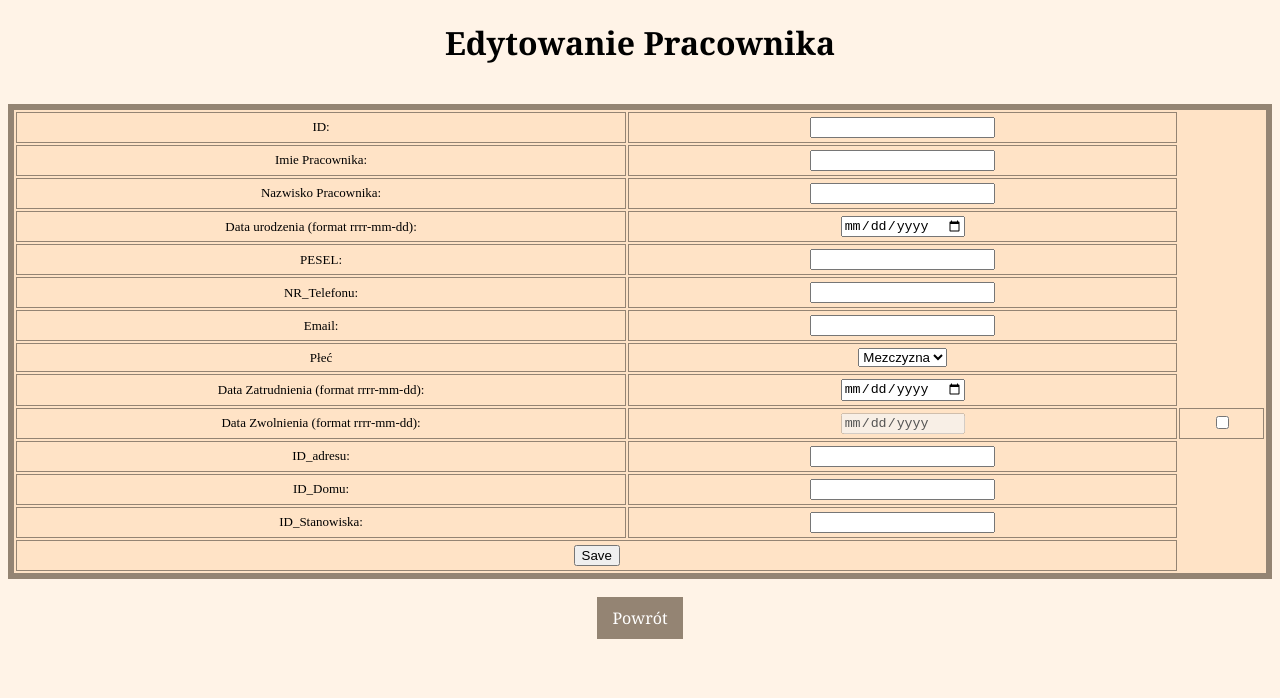
Repository: marcinRuta/houseOfCulture-crud-webapp-database
Page: http://localhost/new_pracownicy
These files come from the project's save history. The page is drawn as it stood at one moment and after the next save; the edit follows.
The browser window is 1280 px wide. The pictures show the whole page.
The page is this project's Thymeleaf template; nobody is signed in. The template is opened directly, without the code that normally fills it, so the values that code supplies are empty.

Above is the page before, as saved 2021-01-10 00:22:09.

### DomKultury/src/main/resources/templates/new_pracownicy.html
<!DOCTYPE html>
<html xmlns="http://www.w3.org/1999/xhtml"
	xmlns:th="http://www.thymeleaf.org">
<head>
<script>
	function Enabledch(ch)
	{
		var ddl=document.getElementById("Data");
		dd1.disabled=ch.checked ? false : true;

		if(!ddl.disabled)
		{

			ddl.focus()
		}

	}



</script>


<meta charset="UTF-8">
<link rel="stylesheet" href="../static/css/tabele.css" th:href="@{/css/tabele.css}" >
<title>Aplikacja do obsługi Domu Kultury</title>
</head>
<body>

	<div align="center">

		<!-- Page header -->
		<h1>Edytowanie Pracownika</h1>

		<!-- End line/new line -->

		<br/>

		<form action="#" th:action="@{/updateP}" th:object="${EditPracownicy}"
			method="post">

			<!-- Table -->
		<table class="cinereousTable">

				<tr>
					<td>ID:</td>
					<td><input type="text" th:field="*{ID_Pracownika}"
						readonly="readonly"></td>

				</tr>
				<tr>
					<td>Imie Pracownika:</td>
					<td><input type="text" th:field="*{Imie}"></td>
				</tr>

				<!-- Table 2nd row -->

				<tr>
					<td>Nazwisko Pracownika:</td>
					<td><input type="text" th:field="*{Nazwisko}"></td>
				</tr>

				<!-- Table 3rd row -->

				<tr>
					<td>Data urodzenia (format rrrr-mm-dd):</td>
					<td><input type="date" th:field="*{Data_urodzenia}"></td>
				</tr>

				<!-- Table 4th row -->

				<tr>
					<td>PESEL:</td>
					<td><input type="text" th:field="*{PESEL}"></td>
				</tr>

				<!-- Table 5th row -->

				<tr>
					<td>NR_Telefonu:</td>
					<td><input type="text" th:field="*{NR_Telefonu}"></td>
				</tr>

				<!-- Table 6th row -->

				<tr>
					<td>Email:</td>
					<td><input type="text" th:field="*{Email}"></td>
				</tr>

				<!-- Table 7th row -->

				<tr>
					<td>Płeć</td>
					<td><select th:field="*{Plec}">
							<option value="Mezczyzna">Mezczyzna</option>
							<option value="Kobieta">Kobieta</option>
					</select>
					</td>
				</tr>

				<!-- Table 8th row -->

				<tr>
					<td>Data Zatrudnienia (format rrrr-mm-dd):</td>
					<td><input type="date" th:field="*{Data_Zatrudnienia}"></td>
				</tr>

				<!-- Table 9th row -->

				<tr>
					<td>Data Zwolnienia (format rrrr-mm-dd):</td>
					<td><input id="Data" disabled="disabled" type="date" th:field="*{Data_Zwolnienia}"></td>
					<td><input type="checkbox" id="ch" onclick="Enabledch(this)"/></td>
				</tr>

				<!-- Table 10th row -->

				<tr>
					<td>ID_adresu:</td>
					<td><input type="text" th:field="*{ID_Adresu}"></td>
				</tr>

				<!-- Table 11th row -->

				<tr>
					<td>ID_Domu:</td>
					<td><input type="text" th:field="*{ID_Domu}"></td>
				</tr>

				<!-- Table 12th row -->

				<tr>
					<td>ID_Stanowiska:</td>
					<td><input type="text" th:field="*{ID_Stanowiska}"></td>
				</tr>

				<!--  Button for save -->
				<tr>
				<td colspan="2"><button type="submit">Save</button>
				</td>
				</tr>

			</table>
		</form>
			<br/>
				<!-- EXIT -->
				<a href="/P">Powrót</a>
	</div>

</body>
</html>

### DomKultury/src/main/resources/static/css/tabele.css

table.cinereousTable {
  border: 6px solid #948473;
  background-color: #FFE3C6;
  width: 100%;
  text-align: center;
}
table.cinereousTable td, table.cinereousTable th {
  border: 1px solid #948473;
  padding: 4px 4px;
}
table.cinereousTable tbody td {
  font-size: 13px;
}
table.cinereousTable thead {
  background: #948473;
  background: -moz-linear-gradient(top, #afa396 0%, #9e9081 66%, #948473 100%);
  background: -webkit-linear-gradient(top, #afa396 0%, #9e9081 66%, #948473 100%);
  background: linear-gradient(to bottom, #afa396 0%, #9e9081 66%, #948473 100%);
}
table.cinereousTable thead th {
  font-size: 17px;
  font-weight: bold;
  color: #F0F0F0;
  text-align: left;
  border-left: 2px solid #948473;
}
table.cinereousTable thead th:first-child {
  border-left: none;
}

table.cinereousTable tfoot td {
  font-size: 16px;
}

body {
  background-color: #FFF3E7;
}
h1 {
  color: black;
  font-family: Georgia, serif;
}
p {
  color: black;
}
a:link, a:visited {
  background-color: #948473;
  color: white;
  padding: 10px 15px;
  text-align: center;
  text-decoration: none;
  display: inline-block;
  font-family: Georgia, serif;
}

a:hover, a:active {
  background-color: 948473;
}
.button {
  background-color: #948473; /* Green */
  border: none;
  color: white;
  padding: 10px 14px;
  text-align: center;
  text-decoration: none;
  display: inline-block;
  font-size: 16px;
  font-family: Georgia, serif;
  transition-duration: 0.4s;
}

.button:hover {
 background-color: #3D362F ;
  border: none;
  color: white;
  padding: 10px 11px;
  text-align: center;
  text-decoration: none;
  display: inline-block;
  font-size: 16px;
  font-family: Georgia, serif;

}

After the next save:
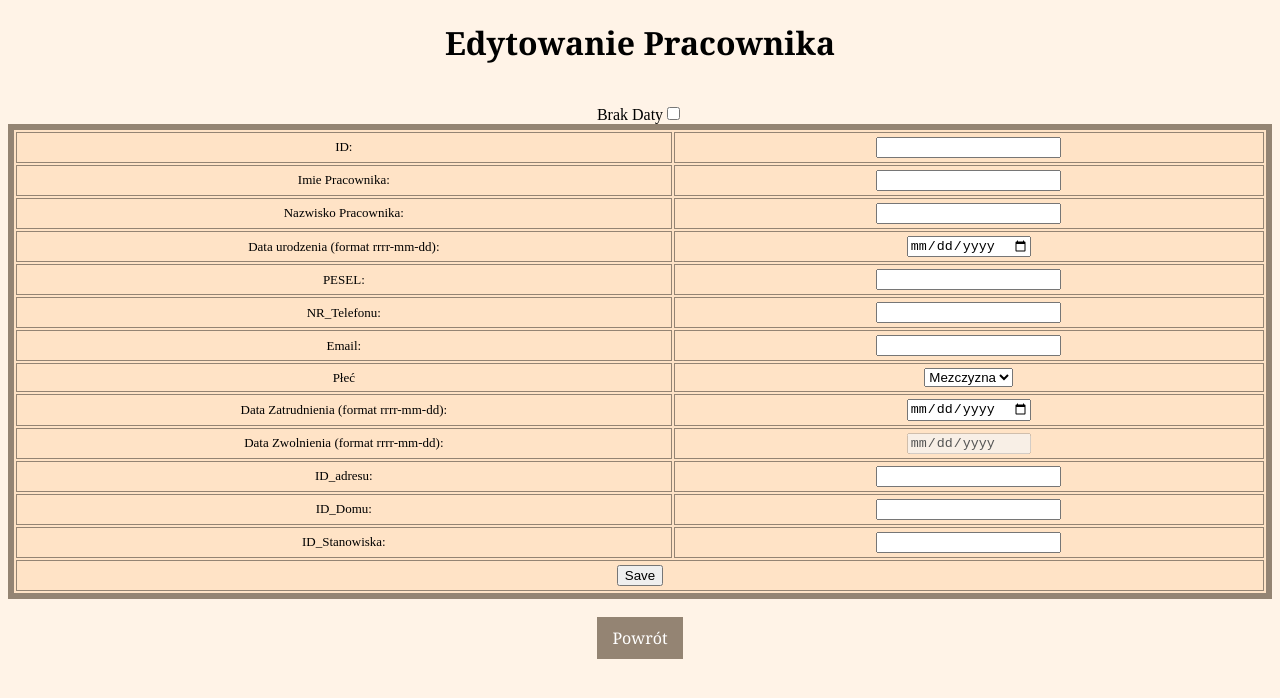
Saved 98 s later.
--- a/DomKultury/src/main/resources/templates/new_pracownicy.html
+++ b/DomKultury/src/main/resources/templates/new_pracownicy.html
@@ -111,7 +111,7 @@
 				<tr>
 					<td>Data Zwolnienia (format rrrr-mm-dd):</td>
 					<td><input id="Data" disabled="disabled" type="date" th:field="*{Data_Zwolnienia}"></td>
-					<td><input type="checkbox" id="ch" onclick="Enabledch(this)"/></td>
+					Brak Daty<input type="checkbox" id="ch" onclick="Enabledch(this)"/>
 				</tr>
 
 				<!-- Table 10th row -->
